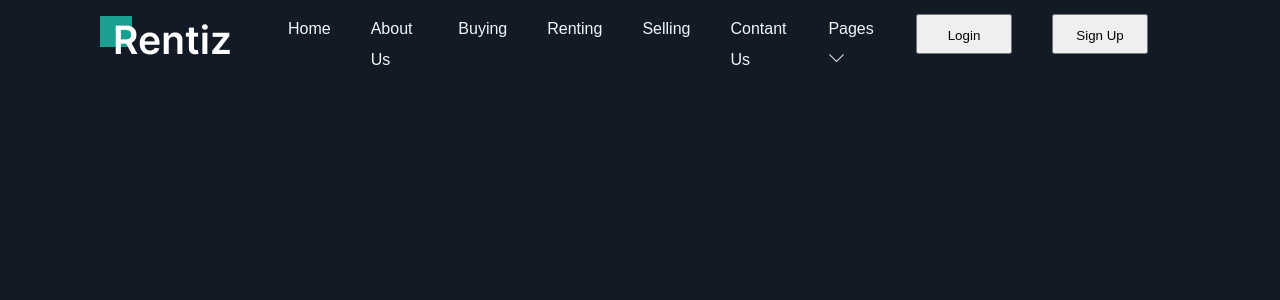
Repository: tung1233hhhhhhhhhhhhh/WebClone-Home
Page: index.html
An editor plug-in stored every save of this project. The page is shown before and after the next save, followed by the edit.
The browser window is 1280 px wide. The pictures show the whole page.

Above is the page before, as saved 2023-05-23 14:39:50.

After the next save:
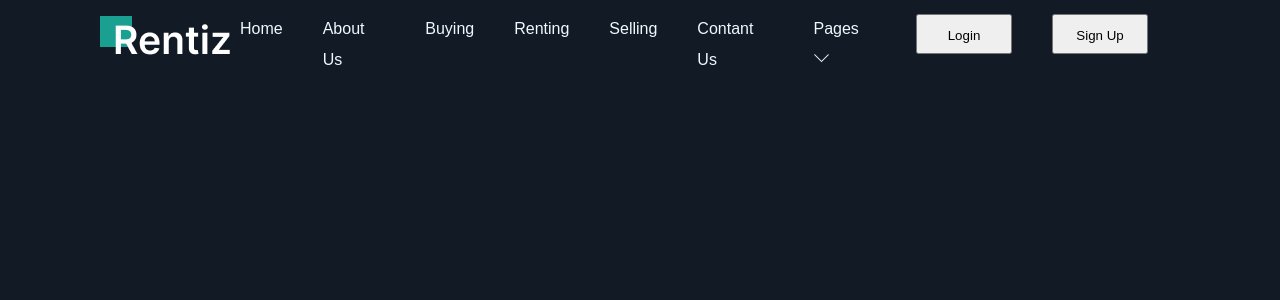
Saved 79 s later.
--- a/assets/css/main.css
+++ b/assets/css/main.css
@@ -37,7 +37,7 @@ body {
 #hearder .nav-list {
     display: flex;
     flex-direction: row;
-    width: 900px;
+    width: 965px;
     justify-content: space-between;
 }
 
